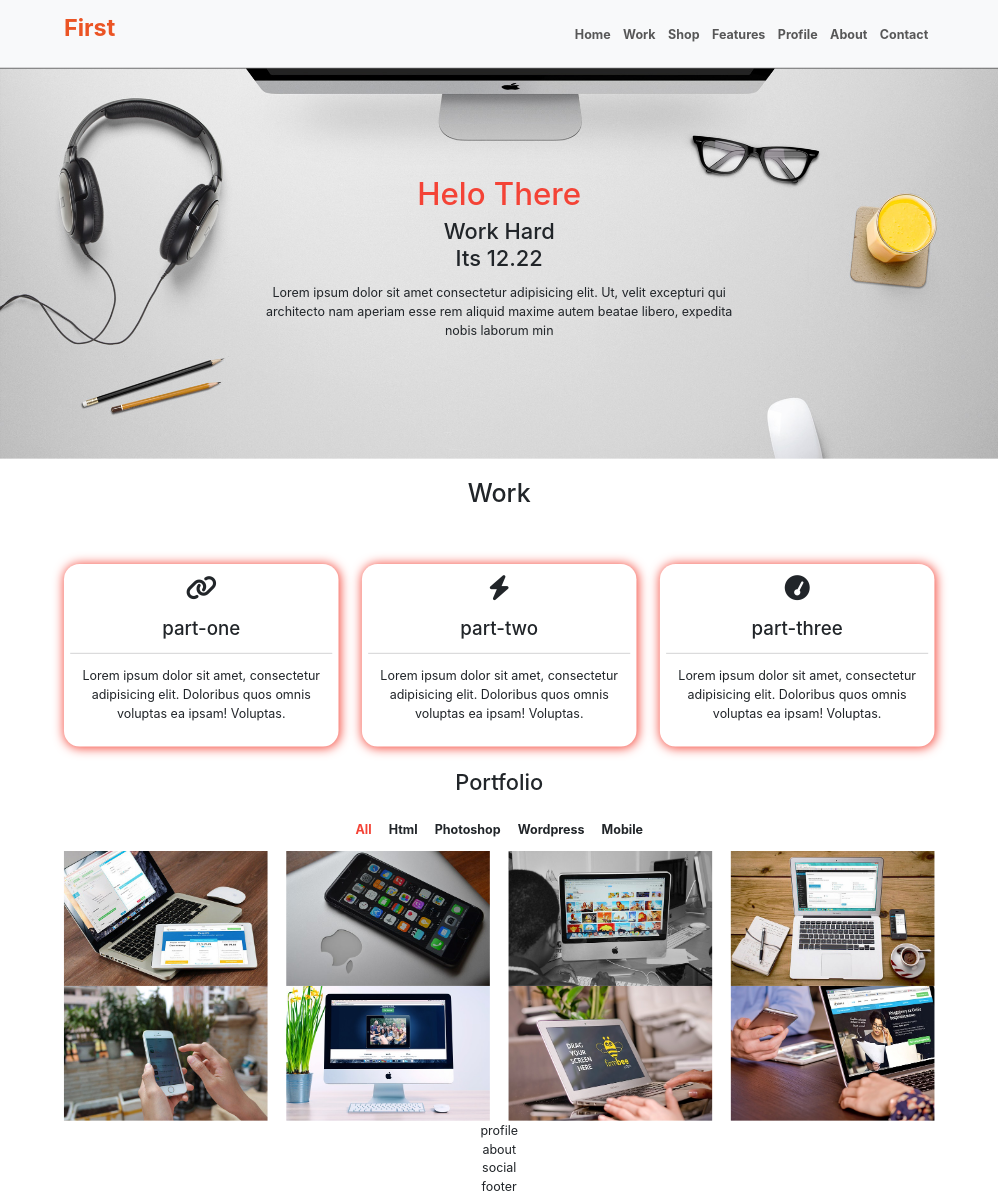
Repository: Hager-h/temple
Page: /
The author's editor kept a copy of each file at every save. The page is drawn from the files as they stood at one save, then again after the next save.
The browser window is 1280 px wide. The pictures show the whole page, at 78% of full size.
The project was rebuilt for these pictures with package versions that can differ from the ones it lists, and the page was loaded fresh each time. Also part of the build but not shown: src/components/contact/index.js, src/components/Shop/shop.css, src/components/Shop/Shop.js, src/components/card/card.css, src/components/card/Card.js.

Above is the page before, as saved 2023-07-17 05:12:44.

After the next save:
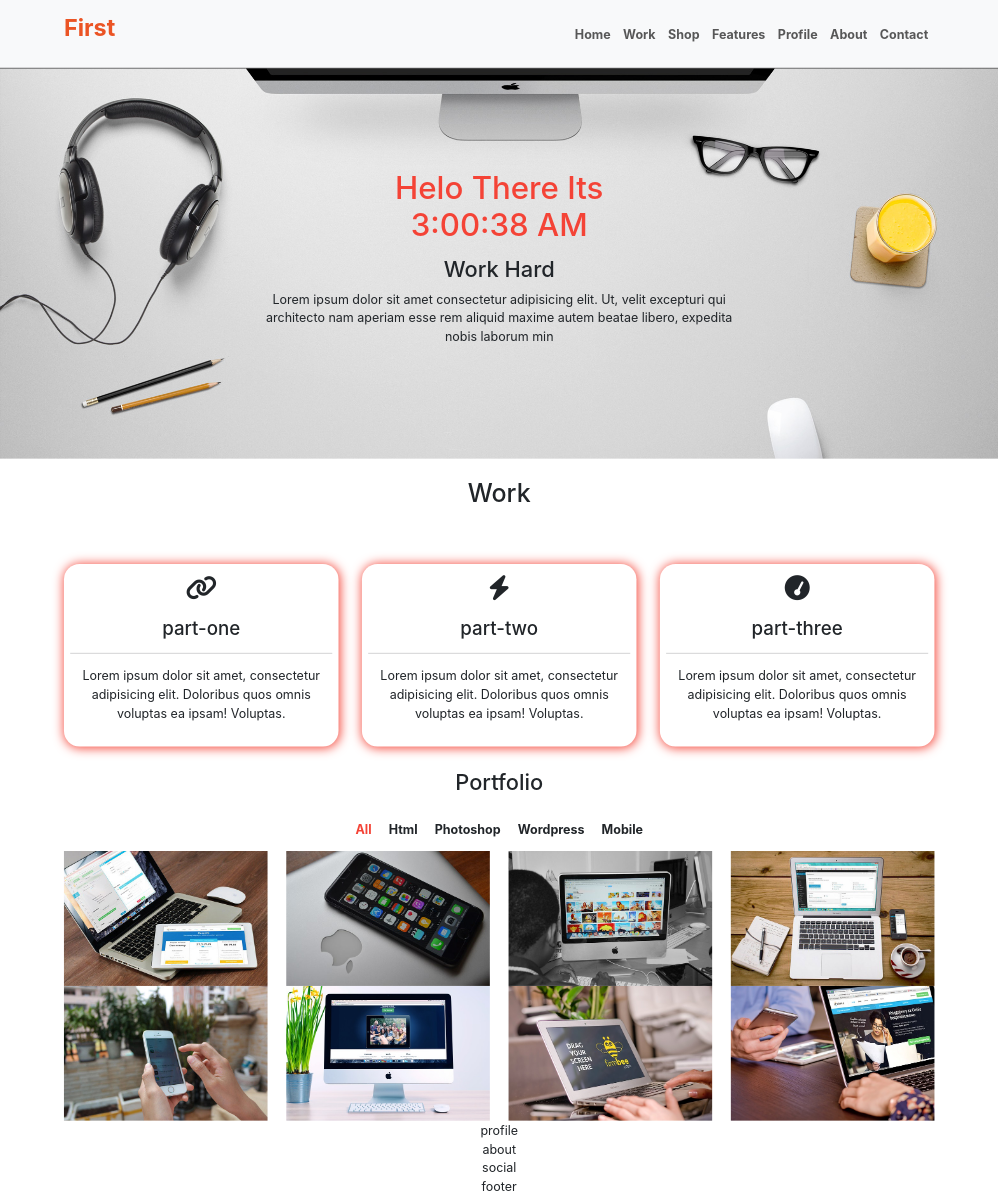
Saved 12 min 24 s later.
--- a/src/components/landing/landing.js
+++ b/src/components/landing/landing.js
@@ -1,14 +1,20 @@
-import React,{Fragment} from 'react'
+import React,{Fragment, useState,useEffect} from 'react'
 import "./landing.css"
 export default function Landing() {
+  const [time, settime] = useState(new Date().toLocaleTimeString())
+  useEffect(() => {
+    setInterval(() => {
+      settime(new Date().toLocaleTimeString())
+    },1000)
+  },[])
   return (
     <>
     <div className='landing'>
     <div className='containerr'>
     <div className='text-landing'>
 
-<h1>helo there</h1>
-<h3>work hard <p> its 12.22</p></h3>
+            <h1>helo there its <p> { time}</p></h1>
+<h3>work hard </h3>
 <p>Lorem ipsum dolor sit amet consectetur adipisicing elit. Ut, velit excepturi qui architecto nam aperiam esse rem aliquid maxime autem beatae libero, expedita nobis laborum min</p>
 
 </div>
